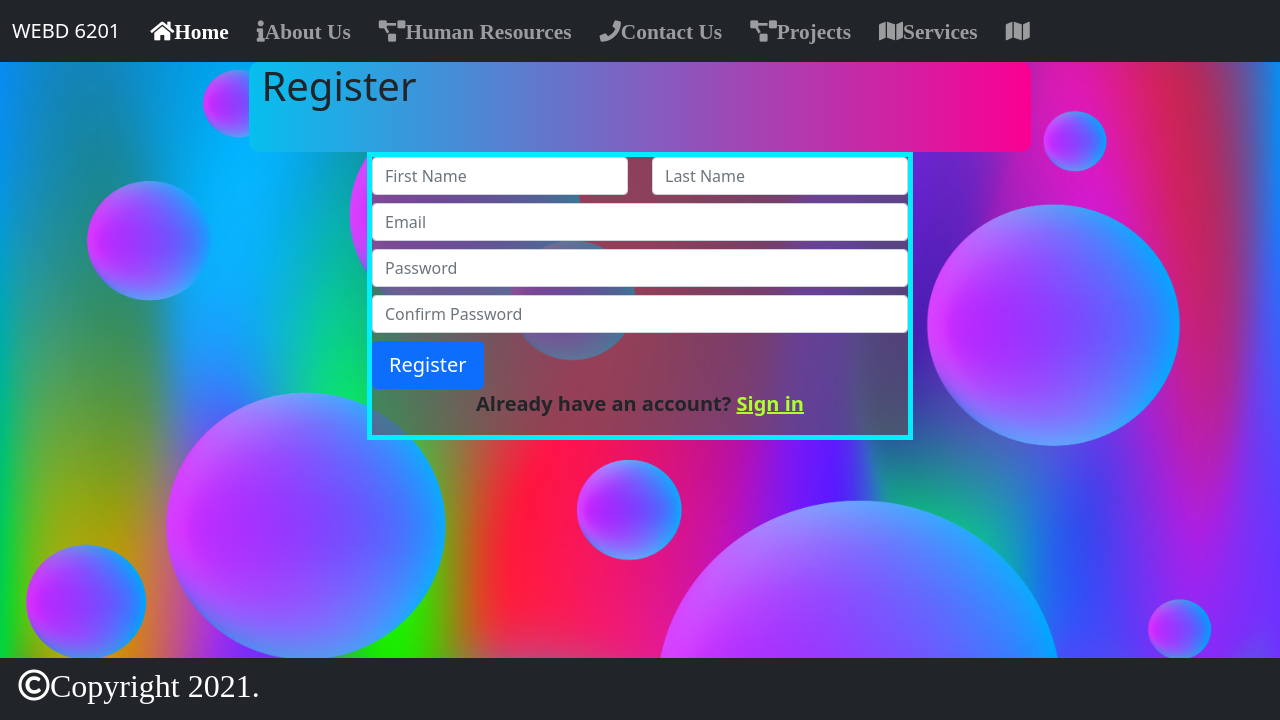
Repository: vans12345678/WEBD6201-W2021-Lab2
Page: register.html
The author's editor kept a copy of each file at every save. The page is drawn from the files as they stood at one save, then again after the next save.
The browser window is 1280 px wide. The pictures show the whole page.

Above is the page before, as saved 2021-02-24 19:51:18.

After the next save:
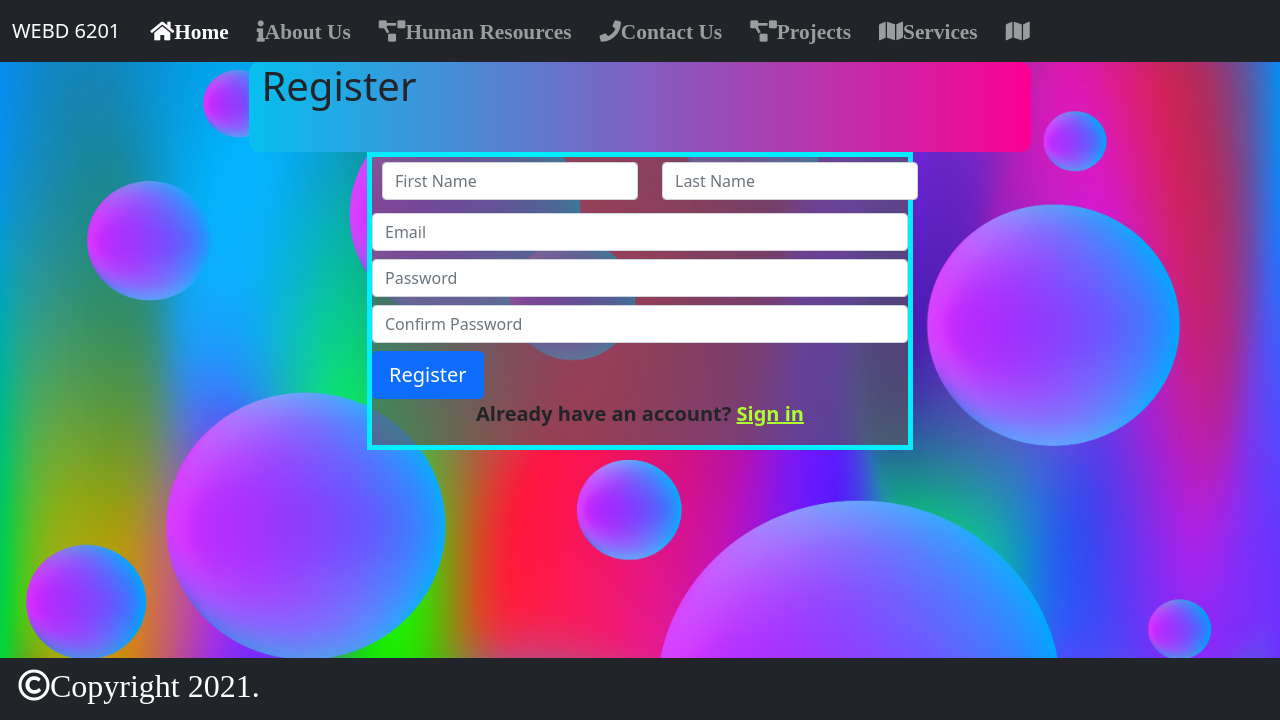
Saved 19 s later.
--- a/register.html
+++ b/register.html
@@ -55,10 +55,10 @@
                         <div class="form-group mb-2">
                           <div class="row">
                             <div class="col-md-6">
-                              <input class="form-control" type="text" name="firstName" id="FirstName" placeholder="First Name" required>
+                              <input class="form-control inputMargin" type="text" name="firstName" id="FirstName" placeholder="First Name" required>
                             </div>
                             <div class="col-md-6">
-                              <input class="form-control" type="text" name="lastName" id="lastName" placeholder="Last Name" required>
+                              <input class="form-control inputMargin" type="text" name="lastName" id="lastName" placeholder="Last Name" required>
                             </div>
                           </div>
                         </div>

After the save that followed:
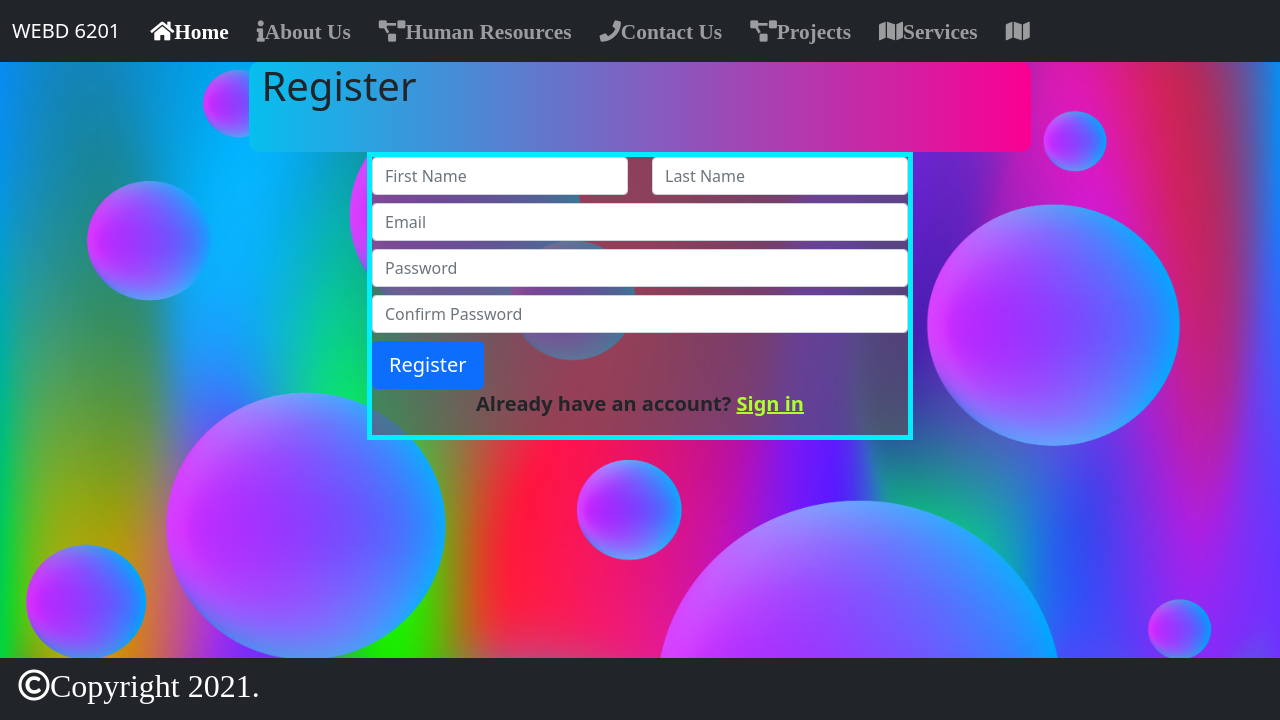
Saved 24 s later.
--- a/register.html
+++ b/register.html
@@ -55,10 +55,10 @@
                         <div class="form-group mb-2">
                           <div class="row">
                             <div class="col-md-6">
-                              <input class="form-control inputMargin" type="text" name="firstName" id="FirstName" placeholder="First Name" required>
+                              <input class="form-control" type="text" name="firstName" id="FirstName" placeholder="First Name" required>
                             </div>
                             <div class="col-md-6">
-                              <input class="form-control inputMargin" type="text" name="lastName" id="lastName" placeholder="Last Name" required>
+                              <input class="form-control" type="text" name="lastName" id="lastName" placeholder="Last Name" required>
                             </div>
                           </div>
                         </div>
